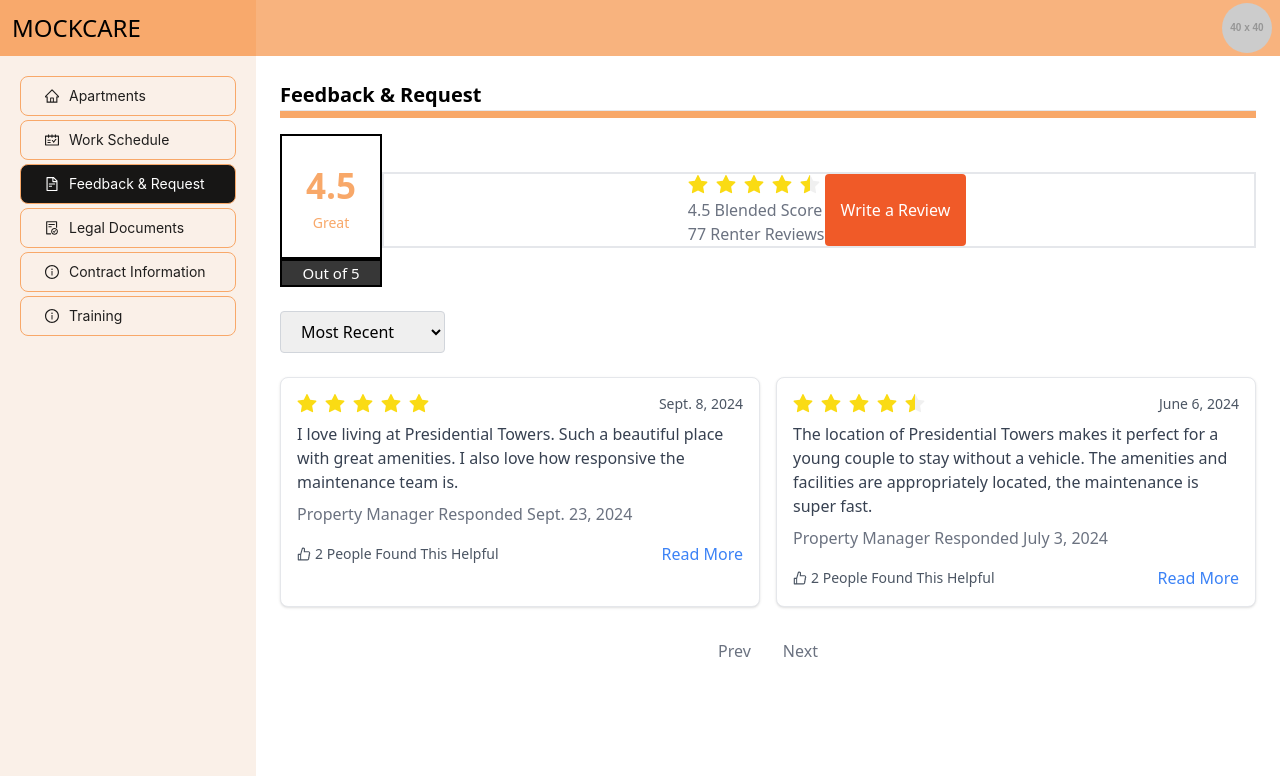
Repository: dunh-real/MockProject_102024_Nhom4
Page: / (app in frontend/)
These files come from the project's save history. The page is drawn as it stood at one moment and after the next save; the edit follows.
The browser window is 1280 px wide. The pictures show the whole page.
The project was rebuilt for these pictures with package versions that can differ from the ones it lists, and the page was loaded fresh each time. Also part of the build but not shown: frontend/vite.config.js, frontend/vite.config.ts, frontend/src/App.css, frontend/src/component/ReviewModal.tsx.

Above is the page before, as saved 2024-10-09 13:12:55.

After the next save:
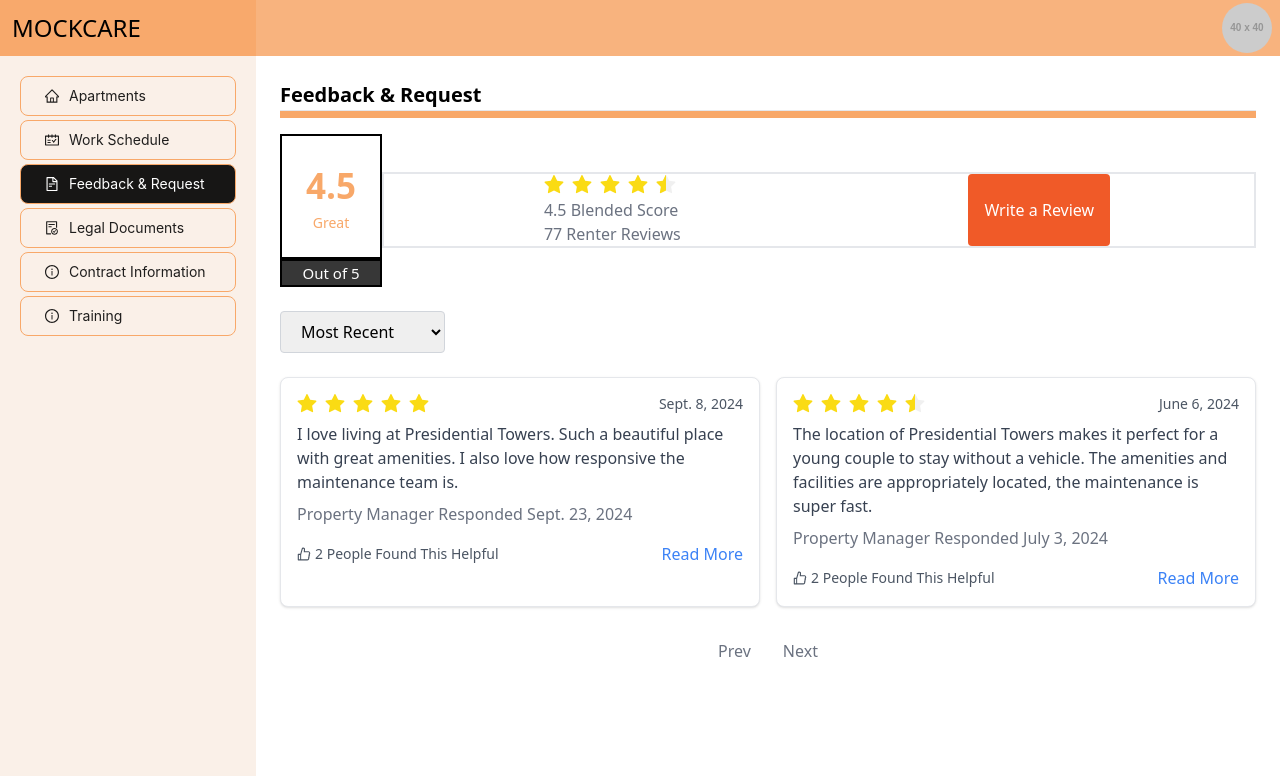
Saved 4 s later.
--- a/frontend/src/pages/Feedback&Request/Feedback&Request.tsx
+++ b/frontend/src/pages/Feedback&Request/Feedback&Request.tsx
@@ -75,7 +75,7 @@ const ReviewList: React.FC = () => {
                                 <p className='text-white p-1 text-[15px] text-center'>Out of 5</p>
                             </div>
                         </div>
-                        <div className='border-2 w-full flex justify-center'>
+                        <div className='border-2 w-full flex justify-around'>
                             <div className="ml-4 ">
                                 <Rate allowHalf defaultValue={4.5} disabled />
                                 <div className="text-gray-500">4.5 Blended Score</div>
